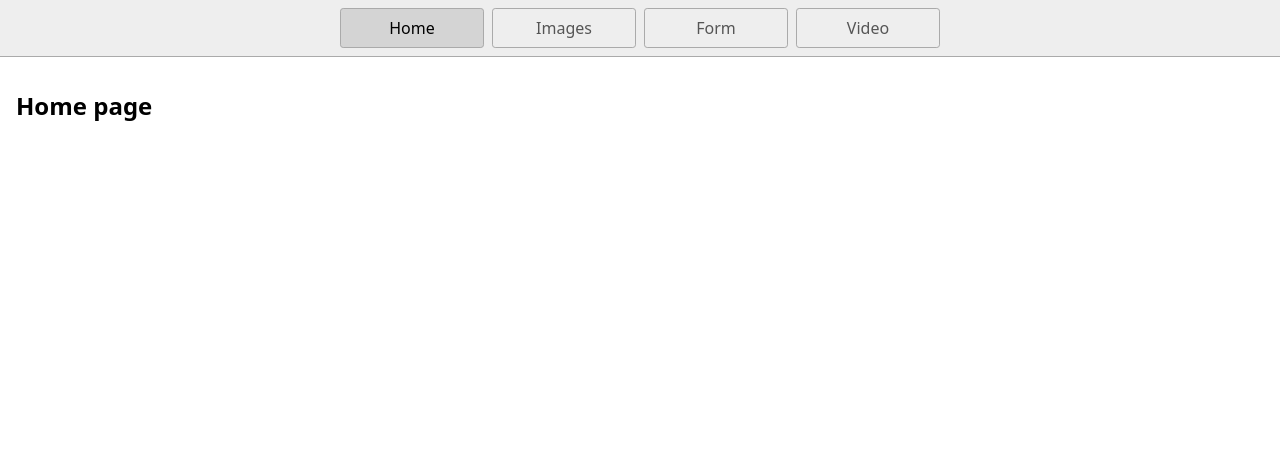
Repository: sebas6292/palmTree-Final
Page: Home.html
These files come from the project's save history. The page is drawn as it stood at one moment and after the next save; the edit follows.
The browser window is 1280 px wide. The pictures show the whole page.

Above is the page before, as saved 2023-05-27 11:09:22.
Not found: script.js

### Home.html
<!DOCTYPE html>
<html lang="en">
  <head>
    <title>Home</title>
    <meta charset="UTF-8" />
    <meta name="viewport" content="width=device-width" />
    <!--
      Need a visual blank slate?
      Remove all code in `styles.css`!
    -->
    <link rel="stylesheet" href="styles.css" />
    <script type="module" src="script.js"></script>
  </head>
  <body>
    <nav>
      <a href="/Home.html" aria-current="page">Home</a>
      <a href="/Images.html">Images</a>
      <a href="/Form.html">Form</a>
      <a href="/Video.html">Video</a>
    </nav>
    <main>
      <h1>Home page</h1>
    </main>
  </body>
</html>

### styles.css
* {
    box-sizing: border-box;
  }

  body {
    margin: 0;
    font-family: system-ui, sans-serif;
    color: black;
    background-color: white;
  }

  nav {
    display: flex;
    flex-wrap: wrap;
    align-items: center;
    justify-content: center;
    padding: 0.5rem;
    gap: 0.5rem;
    border-bottom: solid 1px #aaa;
    background-color: #eee;
  }

  nav a {
    display: inline-block;
    min-width: 9rem;
    padding: 0.5rem;
    border-radius: 0.2rem;
    border: solid 1px #aaa;
    text-align: center;
    text-decoration: none;
    color: #555;
  }

  nav a[aria-current='page'] {
    color: #000;
    background-color: #d4d4d4;
  }

  main {
    padding: 1rem;
  }

  h1 {
    font-weight: bold;
    font-size: 1.5rem;
  }

After the next save:
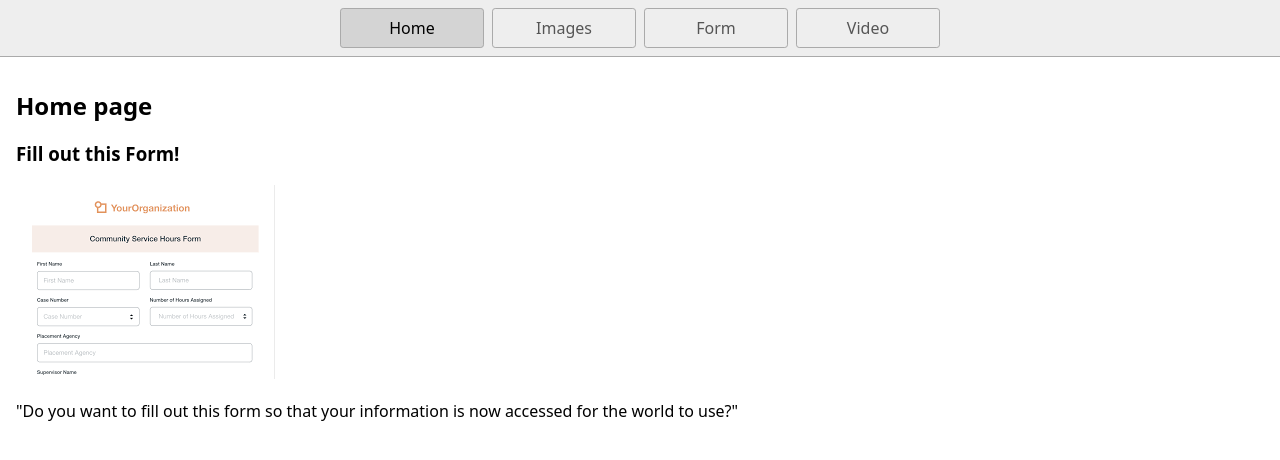
Saved 10 min 10 s later.
--- a/Home.html
+++ b/Home.html
@@ -20,6 +20,15 @@
     </nav>
     <main>
       <h1>Home page</h1>
+      <div>
+        <h3>Fill out this Form!</h3>
+        <a
+          href="/Form.html"
+        >
+          <img src="./Assets/form.png" />
+        </a>
+        <p>"Do you want to fill out this form so that your information is now accessed for the world to use?"</p>
+      </div>
     </main>
   </body>
 </html>
